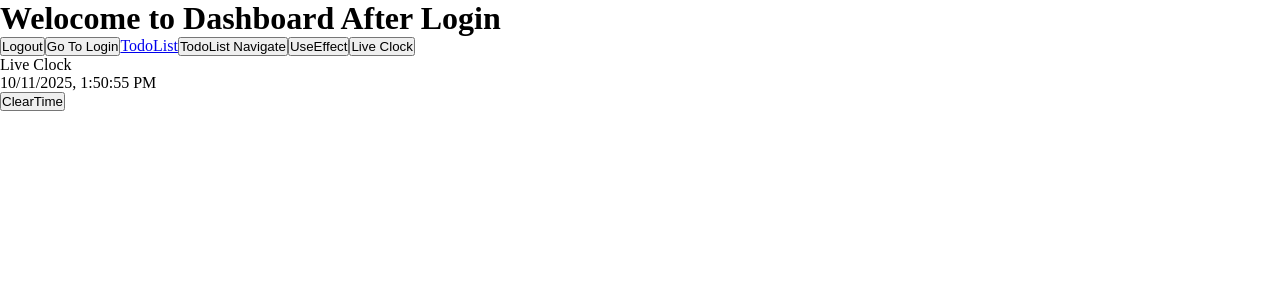
Repository: harshrathore123/ReactPractice
Page: /dashboard/live_clock (app in my-app/)
These files come from the project's save history. The page is drawn as it stood at one moment and after the next save; the edit follows.
The browser window is 1280 px wide. The pictures show the whole page.
The project was rebuilt for these pictures with package versions that can differ from the ones it lists, and the page was loaded fresh each time. Also part of the build but not shown: my-app/vite.config.js, my-app/src/component/Desctructuing.jsx, my-app/src/component/FirstName.jsx, my-app/src/component/Increment.jsx, my-app/src/component/Event.jsx, my-app/src/component/Form.jsx, my-app/src/component/Rendering.jsx, my-app/src/component/RenderingList.jsx and 5 more.

Above is the page before, as saved 2025-10-13 12:33:53.

### my-app/src/App.jsx
import './App.css';
import Destructuring from './component/Desctructuing';
import FirstName from './component/FirstName';
import Increment from './component/Increment';
import Event from './component/Event';
import Form from './component/Form';
import Rendering from './component/Rendering';
import RenderingList from './component/RenderingList';
import TodoList from './component/TodoList';
import {BrowserRouter, Routes, Route} from 'react-router-dom';
import Products from './component/Products';
import ProductDetails from './component/ProductDetails';
import Login from './component/Login';
import Dashboard from './component/Dashboard';
import UseEffect from './component/use_Effect';
import UseState_UseEffect from './component/Hooks/UseState_UseEffect';

function App() {
  return (
    <>
    {/* <FirstName name="Harsh Rathore" age="23"/>
    <Destructuring batch="mern" internship_exp="4month"/>
    <Increment/>
    <Event intro="Hi I am harsh rathore"/>
    <Form/>
    <Rendering isLoggedIn={false}/>
    <RenderingList/>

    <TodoList/> */}
  <BrowserRouter>
      <Routes>
        {/* Parent route for products */}
        <Route path="/products" element={<Products />}>
          {/* Nested route inside /products */}
          <Route path=":id" element={<ProductDetails />} />
        </Route>

        <Route path='/login' element={<Login/>}/>
        <Route path='/dashboard' element={<Dashboard/>}>
        {/* Nested another component inside dashboard */}
          <Route path='todolist' element={<TodoList/>}/>
          <Route path='useeffect' element={<UseEffect/>}/>
          <Route path='live_clock' element={<UseState_UseEffect/>}/>
        </Route>

      </Routes>
    </BrowserRouter>


    </>
  )
}

export default App

### my-app/src/component/Dashboard.jsx
import { Link,Outlet, useNavigate } from "react-router-dom"
export default function Dashboard(){
    const navigate = useNavigate();
    const gotoLogin = () =>{
        navigate('/login');
    }

    const todolistNavigate = () =>{
        navigate('/dashboard/todolist');
    }

    return(
        <>
        <h1>Welocome to Dashboard After Login</h1>

        <button onClick={()=>navigate('/login')}>Logout</button>
        <button onClick={gotoLogin}>Go To Login</button>

        <Link to="todolist">TodoList</Link>
        <button onClick={todolistNavigate}>TodoList Navigate</button>
        <button onClick={()=>navigate('/dashboard/useeffect')}>UseEffect</button>
        <button onClick={()=>navigate('/dashboard/live_clock')}>Live Clock</button>
        <Outlet/>
        </>
    )
}

### my-app/src/component/Hooks/UseState_UseEffect.jsx
import { useEffect } from "react"
import { useState } from "react"

export default function UseState_UseEffect(){
const [timer,setTimer] = useState(new Date().toLocaleString())

useEffect(()=>{
const time = setInterval(()=>{
    setTimer(new Date().toLocaleString())
},1000)

return ()=> clearInterval(time)
},[])

const clearTimerSet = () =>{

}
    return(
        <>
        <p>Live Clock</p>
        <p>{timer}</p>
        <button onClick={clearTimerSet}>ClearTime</button>
        </>
    )
}

### my-app/src/component/TodoList.css
*{
    margin: 0;
    padding: 0;
    box-sizing: border-box;
}

.container{
    width: 100%;
    height: 100vh;
    background-image: url('https://encrypted-tbn0.gstatic.com/images?q=tbn:ANd9GcR6epnd0KtuwAaygjj-Ls7D5RjgwV_ijX_qUQ&s');
    background-repeat: no-repeat;
    background-size: cover;
    position:relative;
}

.todobox{
    width: 400px;
    height: auto;
    position: absolute;
    top: 100px;
    left:200px;
    background: transparent;
    border-radius: 20px;
    box-shadow: 0 0 20px black;
}

#headline{
    text-align: center;
    padding: 20px;
    color: blue;
}

#task{
    width: 350px;
    height: 38px;
    border-radius: 20px;
    border: 2px solid blue;
    position: absolute;
    left: 30px;
    top: 90px;
    padding: 20px;
    outline:none;
}

input::placeholder{
    color: black;
}

input:hover{
    outline: none;
}

.addtask{
    position: absolute;
    top:91px;
    right: 20px;
    width: 80px;
    height: 41px;
    border-radius: 20px;
    border: none;
    padding: 10px;
    background: transparent;
    outline: none;
    cursor: pointer;
    background-color: blue;
    color: white;
}

.ul_list {
  margin-top: 90px;
  list-style: none;
  padding: 30px;
}

.ul_list li {
  padding: 10px;
  background: #f4f4f4;
  margin-bottom: 8px;
  border-radius: 5px;
  display: flex;
  justify-content: space-between;
  align-items: center;
}

Loaded but not shown: my-app/index.html (common file); my-app/src/main.jsx (common file); my-app/src/App.css (common file)

After the next save:
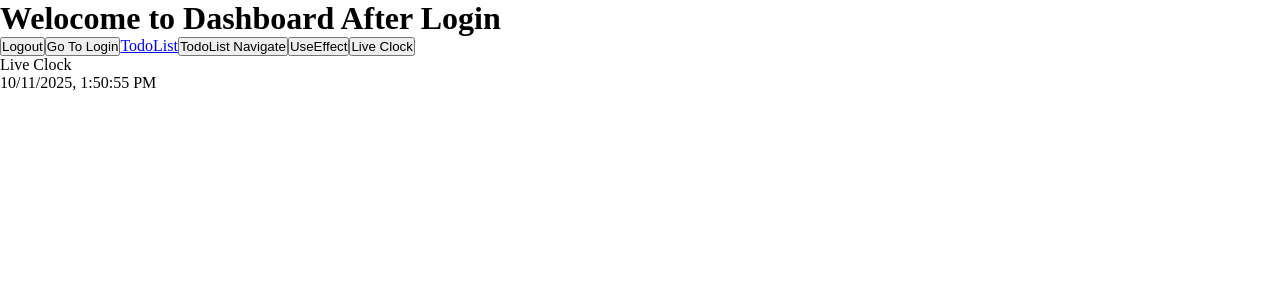
Saved 8 s later.
--- a/my-app/src/component/Hooks/UseState_UseEffect.jsx
+++ b/my-app/src/component/Hooks/UseState_UseEffect.jsx
@@ -12,14 +12,10 @@ const time = setInterval(()=>{
 return ()=> clearInterval(time)
 },[])
 
-const clearTimerSet = () =>{
-
-}
     return(
         <>
         <p>Live Clock</p>
         <p>{timer}</p>
-        <button onClick={clearTimerSet}>ClearTime</button>
         </>
     )
 }
